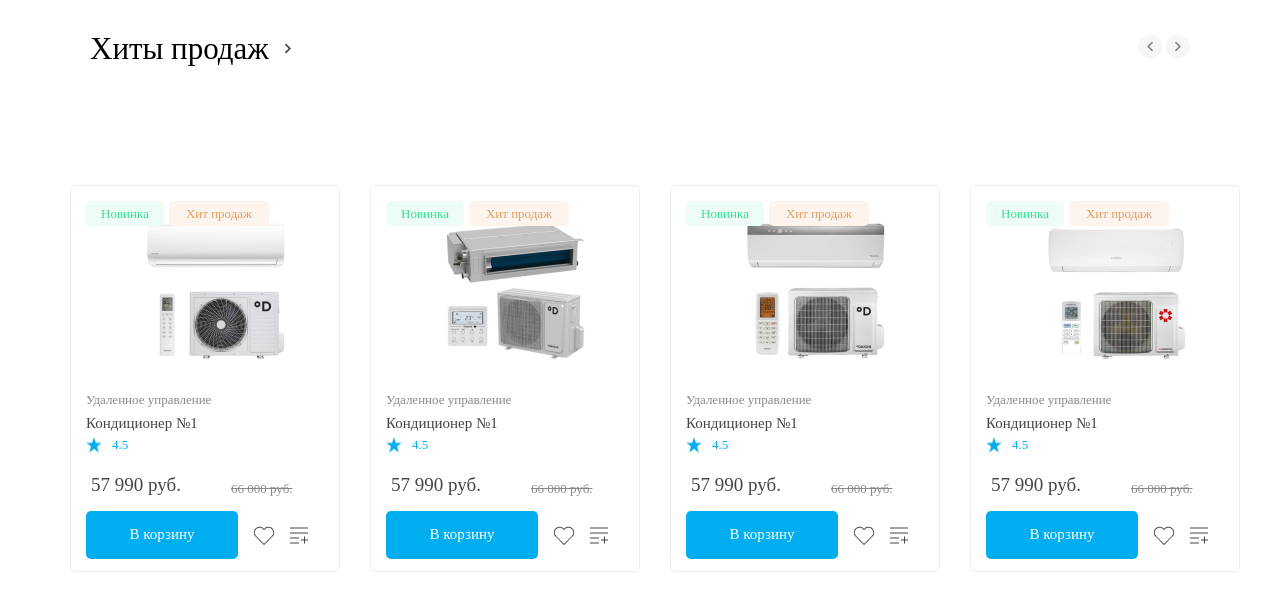
Repository: NikaMana/us
Page: index.html
The author's editor kept a copy of each file at every save. The page is drawn from the files as they stood at one save, then again after the next save.
The browser window is 1280 px wide. The pictures show the whole page.

Above is the page before, as saved 2021-09-15 16:43:13.

### index.html
<!DOCTYPE html>
<html lang="ru">
<head>
    <meta charset="utf-8">
    <title>Main page</title>
    <meta name="viewport" content="widht=1100, initial-scale=1.0">
    <link rel="stylesheet" href="./styles.css">


</head>
<body>
<div class="welcome">
  <div class="welcome__container">
    <div class="welcome__up">
      <div class="welcome__left">
        <h1 class="welcome__hits">Хиты продаж</h1>
        <img class="welcome__arr" src="/img/arrbl.png" alt="blackarrow">
      </div>
      <div class="welcome__right">
        <img class="welcome__arr-left" src="/img/arrleft.png" alt="arrowleft">
        <img class="welcome__arr-right" src="/img/arrright.png" alt="arrowright">
      </div>
    </div>
      <div class="welcome__block-container">
        <div class="welcome__block">
          <div class="welcome__news">
            <div class="welcome__new">Новинка</div>
            <div class="welcome__sale">Хит продаж</div>
          </div>
          <img class="welcome__pic" src="/img/pic1.png" alt="condition">
          <h4 class="welcome__control">Удаленное управление</h4>
          <h3 class="welcome__condition">Кондиционер №1</h3>
          <div class="welcome__rating">
            <img class="welcome__star" src="/img/Star.png" alt="star">
            <span class="welcome__score">4.5</span>
          </div>
          <div class="welcome__price">
            <h2 class="welcome__price-current">57 990 руб.</h2>
            <h3 class="welcome__price-past">66 000 руб.</h3>
          </div>
          <div class="welcome__adding">
            <button class="welcome__button">В корзину</button>
            <img class="welcome__like" src="/img/like.png" alt="like">
            <img class="welcome__plus" src="/img/add.png" alt="add">
          </div>
        </div>
        <div class="welcome__block">
          <div class="welcome__news">
            <div class="welcome__new">Новинка</div>
            <div class="welcome__sale">Хит продаж</div>
          </div>
          <img class="welcome__pic" src="/img/pic2.png" alt="condition">
          <h4 class="welcome__control">Удаленное управление</h4>
          <h3 class="welcome__condition">Кондиционер №1</h3>
          <div class="welcome__rating">
            <img class="welcome__star" src="/img/Star.png" alt="star">
            <span class="welcome__score">4.5</span>
          </div>
          <div class="welcome__price">
            <h2 class="welcome__price-current">57 990 руб.</h2>
            <h3 class="welcome__price-past">66 000 руб.</h3>
          </div>
          <div class="welcome__adding">
            <button class="welcome__button">В корзину</button>
            <img class="welcome__like" src="/img/like.png" alt="like">
            <img class="welcome__plus" src="/img/add.png" alt="add">
          </div>
        </div>
        <div class="welcome__block">
          <div class="welcome__news">
            <div class="welcome__new">Новинка</div>
            <div class="welcome__sale">Хит продаж</div>
          </div>
          <img class="welcome__pic" src="/img/pic3.png" alt="condition">
          <h4 class="welcome__control">Удаленное управление</h4>
          <h3 class="welcome__condition">Кондиционер №1</h3>
          <div class="welcome__rating">
            <img class="welcome__star" src="/img/Star.png" alt="star">
            <span class="welcome__score">4.5</span>
          </div>
          <div class="welcome__price">
            <h2 class="welcome__price-current">57 990 руб.</h2>
            <h3 class="welcome__price-past">66 000 руб.</h3>
          </div>
          <div class="welcome__adding">
            <button class="welcome__button">В корзину</button>
            <img class="welcome__like" src="/img/like.png" alt="like">
            <img class="welcome__plus" src="/img/add.png" alt="add">
          </div>
        </div>
        <div class="welcome__block">
          <div class="welcome__news">
            <div class="welcome__new">Новинка</div>
            <div class="welcome__sale">Хит продаж</div>
          </div>
          <img class="welcome__pic" src="/img/pic4.png" alt="condition">
          <h4 class="welcome__control">Удаленное управление</h4>
          <h3 class="welcome__condition">Кондиционер №1</h3>
          <div class="welcome__rating">
            <img class="welcome__star" src="/img/Star.png" alt="star">
            <span class="welcome__score">4.5</span>
          </div>
          <div class="welcome__price">
            <h2 class="welcome__price-current">57 990 руб.</h2>
            <h3 class="welcome__price-past">66 000 руб.</h3>
          </div>
          <div class="welcome__adding">
            <button class="welcome__button">В корзину</button>
            <img class="welcome__like" src="/img/like.png" alt="like">
            <img class="welcome__plus" src="/img/add.png" alt="add">
          </div>
        </div>
      </div>
  </div>
</div>
</body>

### styles.css
*{
  margin: 0;
  padding: 0;
  box-sizing: border-box;
}
button{
  border: none;
  background: no-repeat;
}
h1, h2,h3,h4,h5{
  font-family: none;
}
.welcome{
  position: absolute;
  width: 100%;
  height: 100%;
  z-index: 0;
}
.welcome__up{
  display: flex;
  flex-direction: row;
  justify-content: space-between;
  align-items: center;
  margin: 30px 90px;
}
.welcome__left{
  display: flex;
  align-items: center;
}
.welcome__hits{
font-family: Gotham Pro;
font-size: 31px;
font-style: normal;
font-weight: 300;
line-height: 37px;
letter-spacing: 0em;
text-align: left;
margin-right: 15px;
}
.welcome__block-container{
  display: flex;
  flex-direction: row;
}
.welcome__news{
  z-index: 1;
  display: flex;
  position: fixed;
}
.welcome__new{
  margin-right: 5px;
align-items: center;
padding: 5px 10px;
position: static;
width: 78px;
height: 25px;
left: 0px;
top: 0px;
background: #EEFCF6;
border-radius: 5px;
font-family: Gotham Pro;
font-style: normal;
font-weight: normal;
font-size: 13px;
line-height: 15px;
text-align: center;
color: #3DDC97;
}
.welcome__sale{
  position: static;
  padding: 5px 10px;
width: 100px;
height: 25px;
left: 83px;
top: 0px;
background: #FCF4ED;
border-radius: 5px;
font-family: Gotham Pro;
font-style: normal;
font-weight: normal;
font-size: 13px;
line-height: 15px;
align-items: center;
text-align: center;
color: #E49F62;
}
.welcome__block{
height: 387px;
width: 270px;
left: 55px;
top: 88px;
border-radius: 5px;
position: relative;
height: 387px;
left: 55px;
right: 955px;
top: 88px;
background: #FFFFFF;
border: 1px solid #EEEEEE;
box-sizing: border-box;
border-radius: 5px;
margin: 0px 15px;
padding: 15px;
}
.welcome__pic{
z-index: 0;
margin: 15px;
height: 150px;
left: 20px;
right: 20px;
top: 20px;
}
.welcome__control{
  position: static;
width: 230px;
height: 19px;
left: 0px;
top: 0px;
font-family: Gotham Pro;
font-style: normal;
font-weight: normal;
font-size: 13px;
line-height: 19px;
color: #888888;
flex: none;
order: 0;
align-self: stretch;
flex-grow: 0;
margin: 5px 0px;
}
.welcome__condition{
  position: static;
width: 230px;
height: 18px;
left: 0px;
top: 0px;
font-family: Gotham Pro;
font-style: normal;
font-weight: normal;
font-size: 15px;
line-height: 18px;
color: #444444;
flex: none;
order: 0;
align-self: stretch;
flex-grow: 0;
margin: 5px 0px;
}
.welcome__rating{
  display: flex;
}
.welcome__star{
  position: static;
width: 16px;
height: 16px;
left: 0px;
top: 0px;
flex: none;
order: 0;
flex-grow: 0;
margin-right: 5px;
}
.welcome__score{
  position: static;
width: 165px;
height: 15px;
left: 21px;
top: 0px;
font-family: Gotham Pro;
font-style: normal;
font-weight: normal;
font-size: 13px;
line-height: 15px;
display: flex;
align-items: center;
color: #00ADEF;
flex: none;
order: 1;
flex-grow: 1;
margin: 0px 5px;
}
.welcome__price{
  display: flex;
  margin-top: 20px;
  margin-bottom: 15px;
}
.welcome__price-current{
  position: static;
width: 130px;
height: 23px;
left: 0px;
top: 0px;
font-family: Gotham Pro;
font-style: normal;
font-weight: normal;
font-size: 19px;
line-height: 23px;
display: flex;
align-items: flex-end;
color: #444444;
flex: none;
order: 0;
flex-grow: 0;
margin: 0px 5px;
}
.welcome__price-past{
  position: static;
width: 103px;
height: 23px;
left: 135px;
top: 0px;
font-family: Gotham Pro;
font-style: normal;
font-weight: normal;
font-size: 13px;
line-height: 15px;
display: flex;
align-items: flex-end;
text-decoration-line: line-through;
color: #888888;
flex: none;
order: 1;
flex-grow: 0;
margin: 0px 5px;
}
.welcome__adding{
  display: flex;
  align-items: center;
}
.welcome__button{
  display: flex;
flex-direction: row;
justify-content: center;
align-items: center;
padding: 14px 40px 16px;
position: static;
width: 152px;
height: 48px;
left: 0px;
top: 0px;
background: #00ADEF;
border-radius: 5px;
flex: none;
order: 0;
font-family: Gotham Pro;
font-style: normal;
font-weight: normal;
font-size: 15px;
line-height: 18px;
color: #FFFFFF;
margin-right: 15px;
cursor: pointer;
}
.welcome__like{
cursor: pointer;
margin-right: 15px;
}
.welcome__plus{
cursor: pointer;;
}

After the next save:
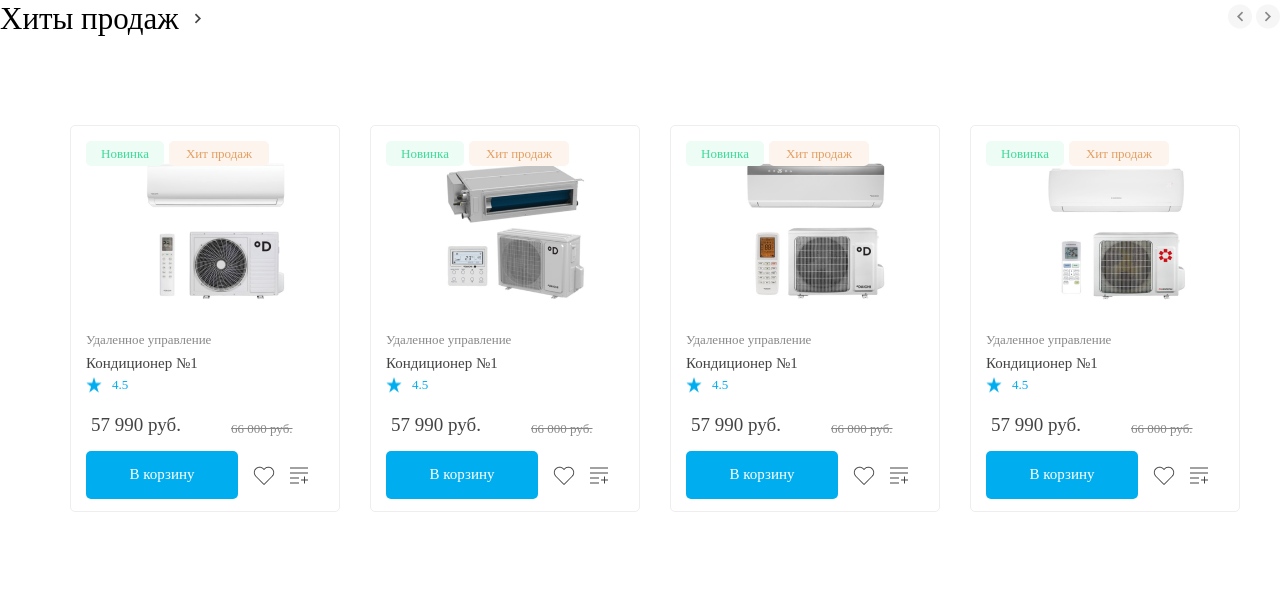
Saved 47 s later.
--- a/styles.css
+++ b/styles.css
@@ -21,7 +21,6 @@
   flex-direction: row;
   justify-content: space-between;
   align-items: center;
-  margin: 30px 90px;
 }
 .welcome__left{
   display: flex;

After the save that followed:
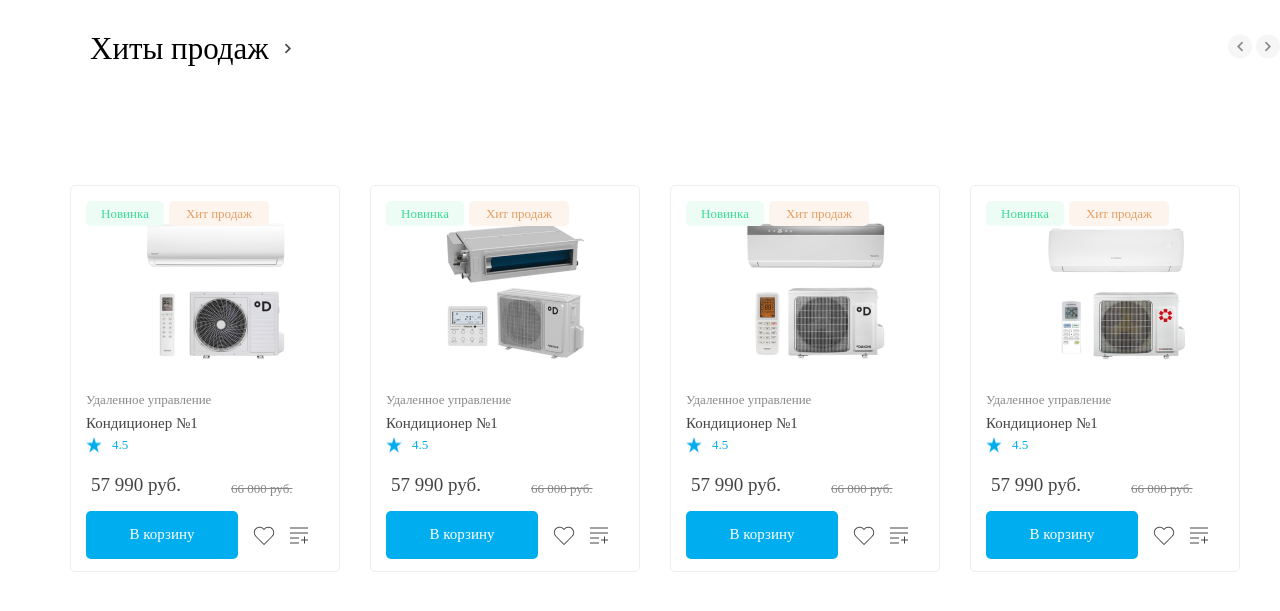
Saved 2 min 11 s later.
--- a/styles.css
+++ b/styles.css
@@ -25,6 +25,7 @@
 .welcome__left{
   display: flex;
   align-items: center;
+  margin: 30px 90px;
 }
 .welcome__hits{
 font-family: Gotham Pro;
